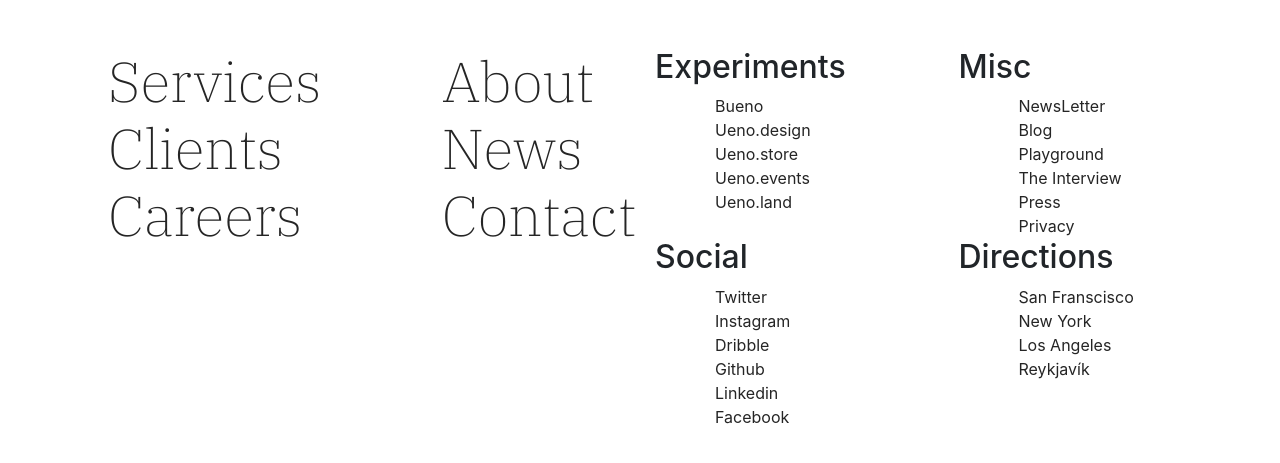
Repository: DeepaPrasanna/UenoClone
Page: /
An editor plug-in stored every save of this project. The page is shown before and after the next save, followed by the edit.
The browser window is 1280 px wide. The pictures show the whole page.
The project was rebuilt for these pictures with package versions that can differ from the ones it lists, and the page was loaded fresh each time. Also part of the build but not shown: src/components/Layout/Header.js.

Above is the page before, as saved 2021-05-04 13:30:00.

After the next save:
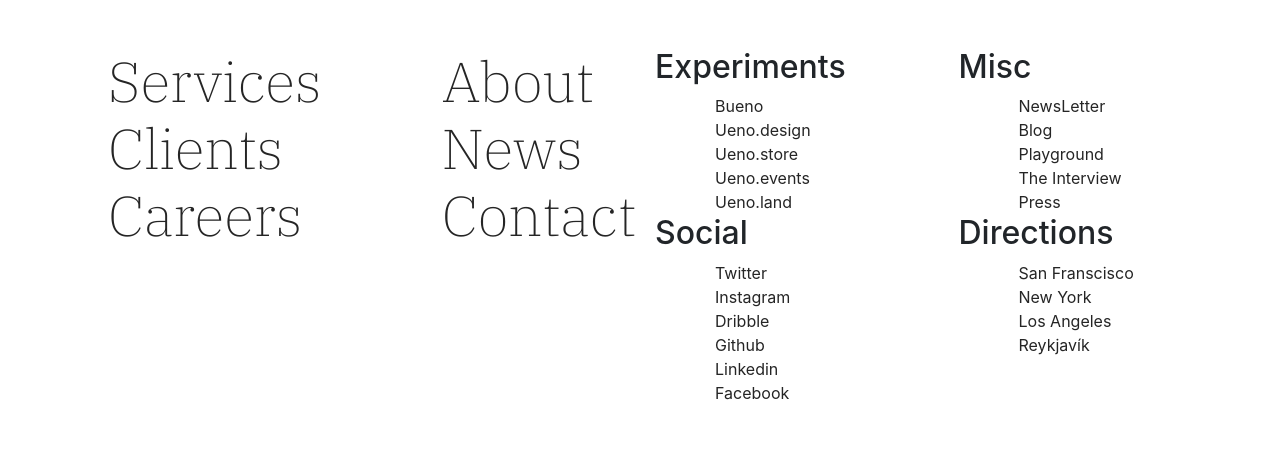
Saved 38 s later.
--- a/src/components/Layout/Screen.js
+++ b/src/components/Layout/Screen.js
@@ -71,9 +71,7 @@
                 <Nav.Link href="#" className="screen-links">
                   Press
                 </Nav.Link>
-                <Nav.Link href="#" className="screen-links">
-                  Privacy
-                </Nav.Link>
+
               </Nav>
             </Col>
           </Row>

After the save that followed:
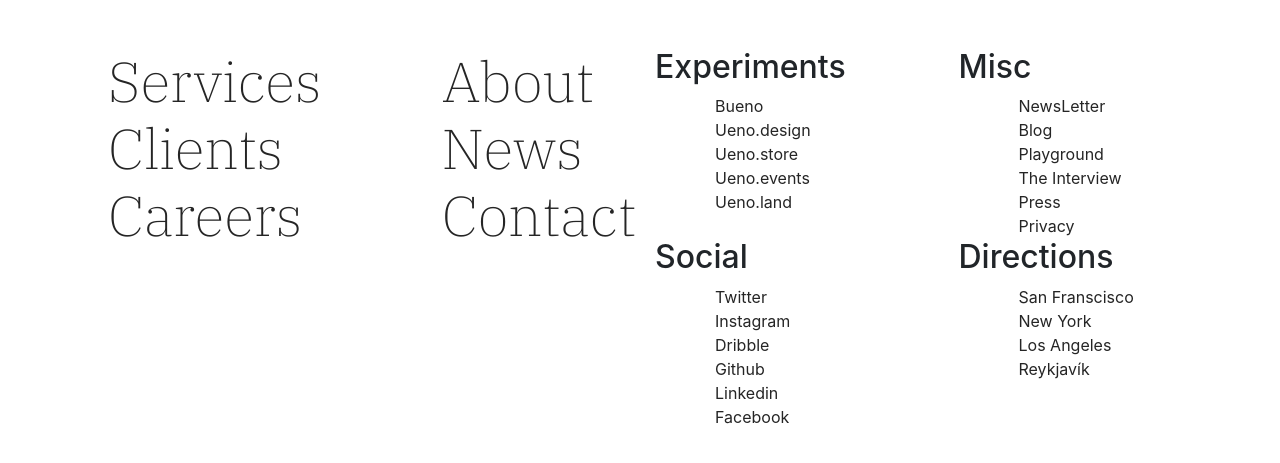
Saved 24 s later.
--- a/src/components/Layout/Screen.js
+++ b/src/components/Layout/Screen.js
@@ -71,7 +71,9 @@
                 <Nav.Link href="#" className="screen-links">
                   Press
                 </Nav.Link>
-
+                <Nav.Link href="#" className="screen-links">
+                  Privacy
+                </Nav.Link>
               </Nav>
             </Col>
           </Row>
